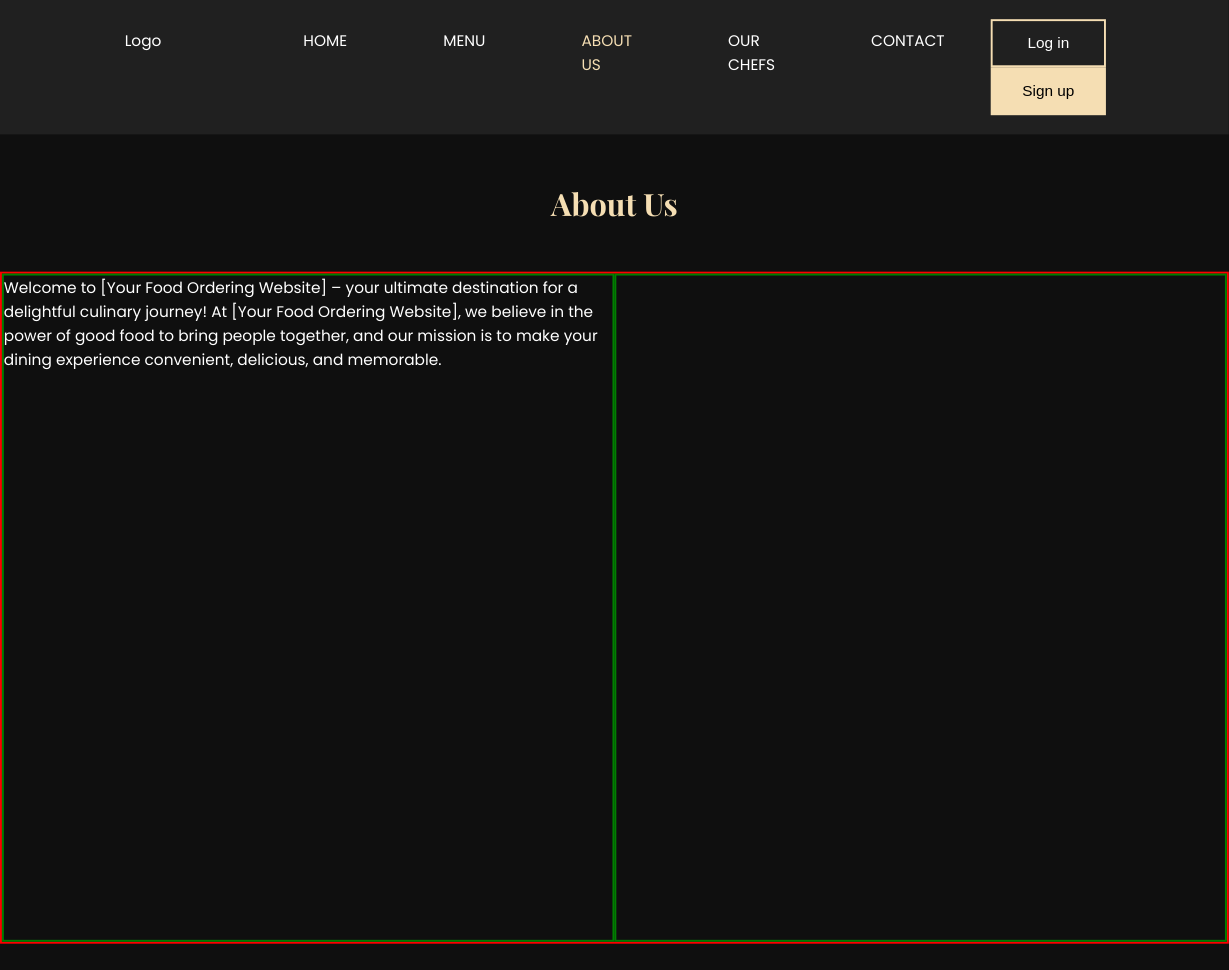
Repository: ThisIsSahaj/NSP
Page: about.html
The author's editor kept a copy of each file at every save. The page is drawn from the files as they stood at one save, then again after the next save.
The browser window is 1280 px wide. The pictures show the whole page, at 96% of full size.

Above is the page before, as saved 2023-12-26 22:11:09.

After the next save:
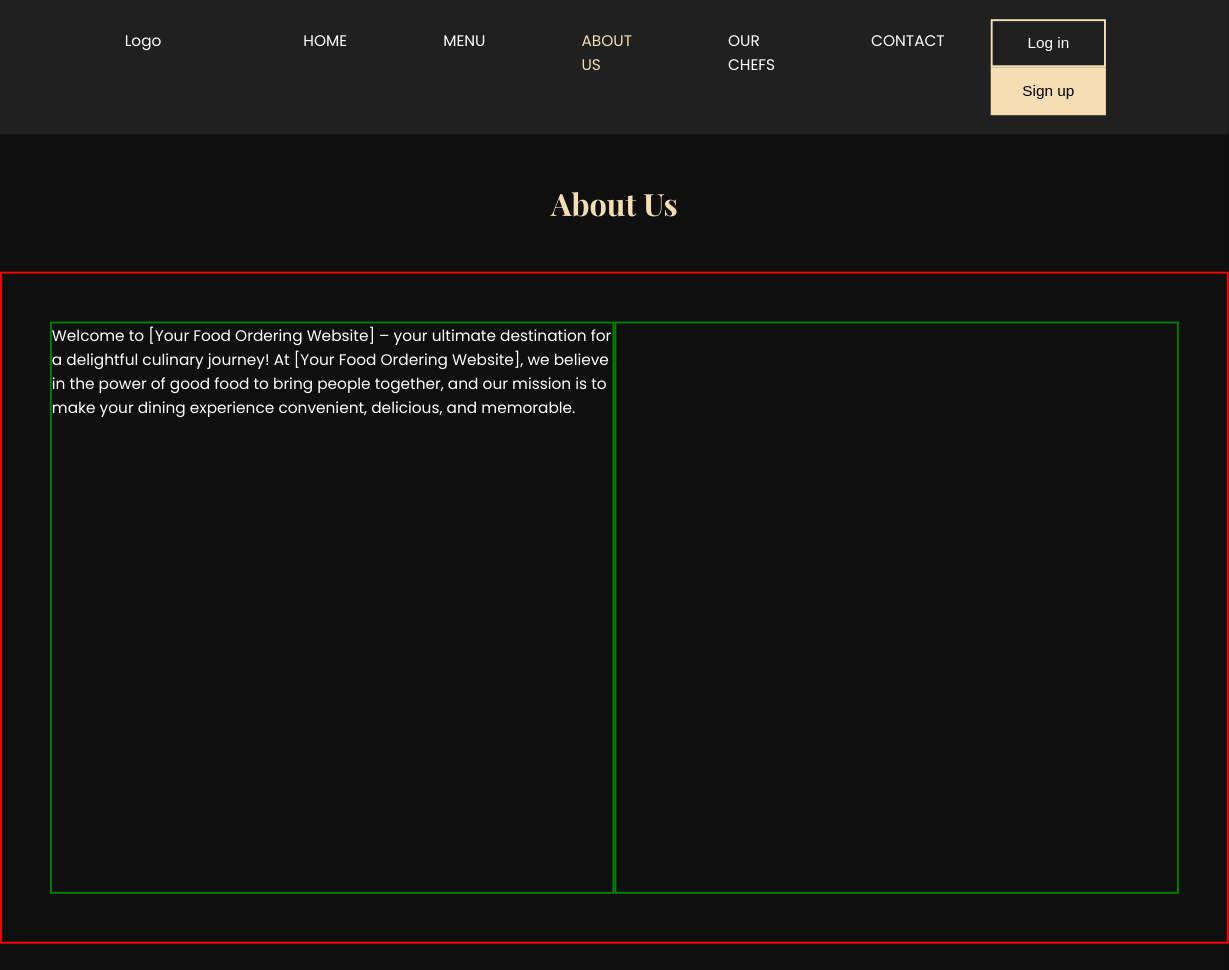
Saved 20 s later.
--- a/style.css
+++ b/style.css
@@ -180,6 +180,7 @@ align-items: center;
     display: flex;
     flex-direction: row;
     justify-content: center;
+    padding: 50px;
  }
 
  .aboutBox div{
